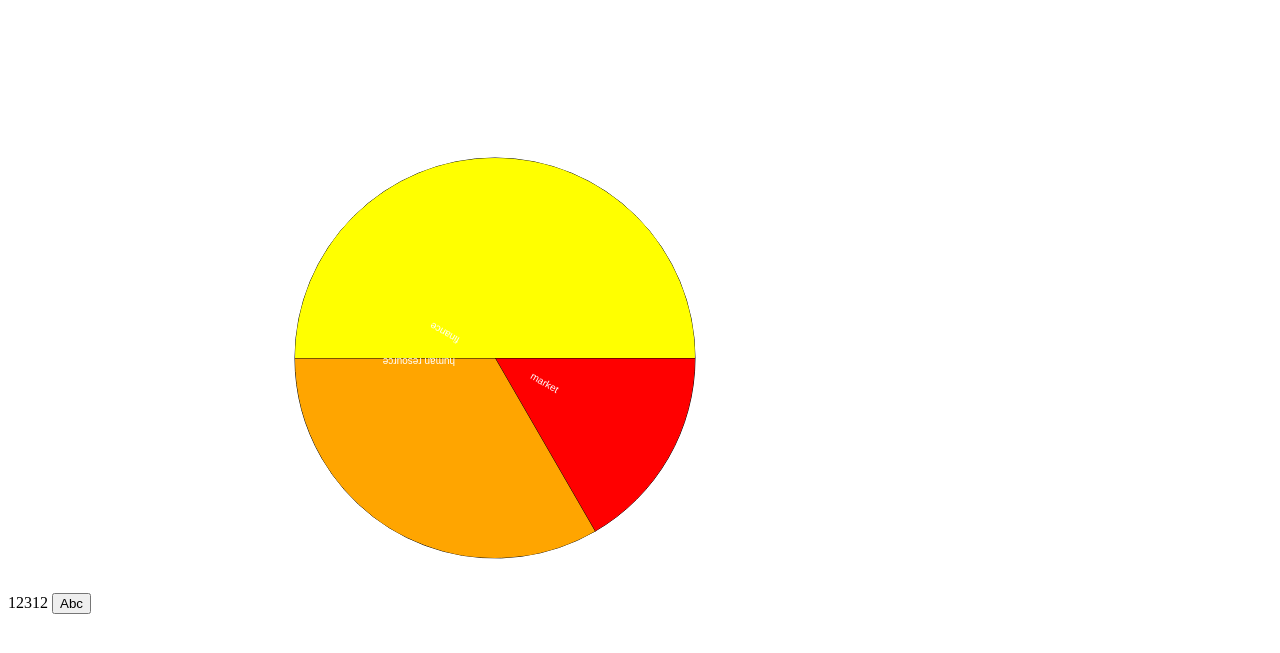
Repository: ycdtc/movie
Page: aaa/WebContent/index.html
The author's editor kept a copy of each file at every save. The page is drawn from the files as they stood at one save, then again after the next save.
The browser window is 1280 px wide. The pictures show the whole page.
After loading, the first visible `#abc` was clicked once.

Above is the page before, as saved 2017-06-20 08:07:09.

### aaa/WebContent/index.html
                                                                                                                                                                                                                                                                                                                                                                                                                                                                                                                                                                                                                                                                                                                                                                                                                                                                                                                                                                                                                                                                                                                                                                                                                                                                                                                                                                                                                                                                                                                                                                                                                                                                                                                                                                                                                                                                                                                                                                                                                                                                                                                                                                                                                                                                                                                                                                                                                                                                                                                               <!DOCTYPE html><html>
<head>
<meta charset="UTF-8">
<script type="text/javascript" src="javascript/jquery.min.js"></script>
<script type="text/javascript" src="javascript/base.js"></script>
<title>Insert title here</title>
</head>
<body>
12312
<button id="abc">Abc</button>
<canvas id="can1" height="600" width="800"></canvas>
</body>
<script>
	$("#abc").click(function(e){
		//location.href = "hr.html?id=123"
		drawPie("can1",[10,20,30],["market","human resource","finance"]);
	});


</script>
</html>

### aaa/WebContent/javascript/base.js
/**
 *
 */
var colors = ["red","orange","yellow","green","blue","purple","black"];
function getRequest() {
	var url = location.search;
	var paras = url.substr(1).split("&");
	var res = new Object();
	for(var i=0;i<paras.length;i++){
		res[paras[i].split("=")[0]] = paras[i].split("=")[1];
	}
	return res;
}

function drawPie(chart,value,name){
	var can = document.getElementById(chart);

	var ctx = can.getContext("2d");
	var start = 0;
	var end = 0;
	ctx.translate(400,350);
	var sum = 0;
	for(var i=0;i<value.length;i++){
		sum += value[i];
	}
	for(var i=0;i<value.length;i++){
		start = end;
		end += value[i]/sum * 2 * Math.PI;
		ctx.fillStyle = colors[i];
		ctx.beginPath();
		ctx.moveTo(0,0);
		ctx.arc(0,0,200,start,end);
		ctx.closePath();
		ctx.stroke();
		ctx.fill();
	}
	start = 0;
	end = 0;
	var now = 0 ;
	for(var i=0;i<value.length;i++){
		start = end;
		end += value[i]/sum * 2 * Math.PI;
		ctx.rotate(now + (start+end)/2);
		now = (start+end)/2;
		//ctx.font = "25px scans-serif";
		ctx.fillStyle = "white";
		ctx.fillText(name[i], 40 , 0);
	}
	ctx.rotate(-Math.PI/6);
}

Loaded but not shown: aaa/WebContent/javascript/jquery.min.js (library)

After the next save:
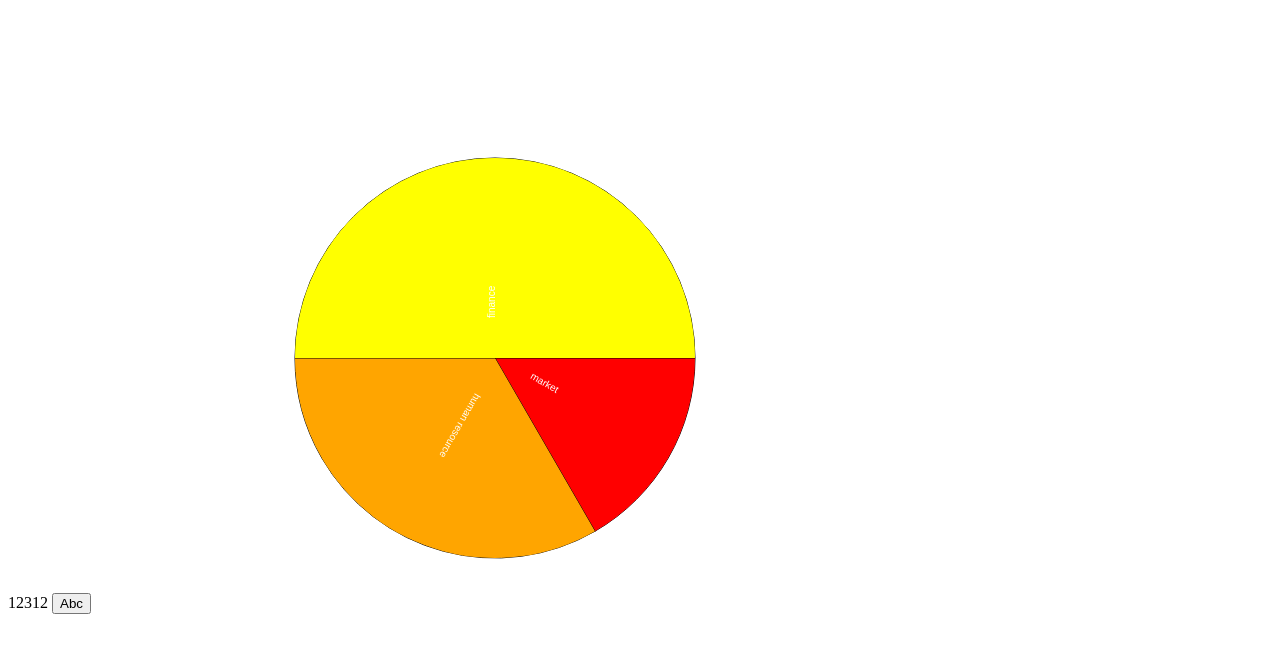
Saved 88 s later.
--- a/aaa/WebContent/javascript/base.js
+++ b/aaa/WebContent/javascript/base.js
@@ -40,8 +40,8 @@ function drawPie(chart,value,name){
 	for(var i=0;i<value.length;i++){
 		start = end;
 		end += value[i]/sum * 2 * Math.PI;
-		ctx.rotate(now + (start+end)/2);
-		now = (start+end)/2;
+		ctx.rotate(now + (end-start)/2);
+		now = (end-start)/2;
 		//ctx.font = "25px scans-serif";
 		ctx.fillStyle = "white";
 		ctx.fillText(name[i], 40 , 0);
